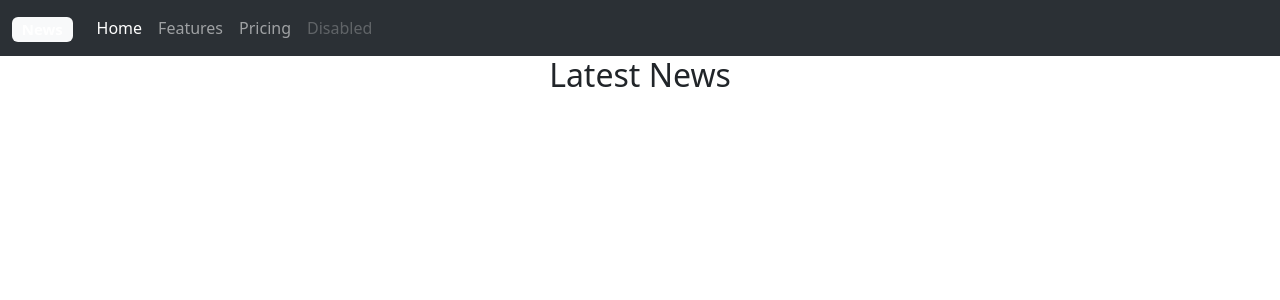
Repository: sshaiv/News_app
Page: /
An editor plug-in stored every save of this project. The page is shown before and after a run of saves, followed by the edit.
The browser window is 1280 px wide. The pictures show the whole page.
The project was rebuilt for these pictures with package versions that can differ from the ones it lists, and the page was loaded fresh each time. Also part of the build but not shown: vite.config.js, src/index.css.

Above is the page before, as saved 2024-07-14 20:08:23.

After the next 3 saves:
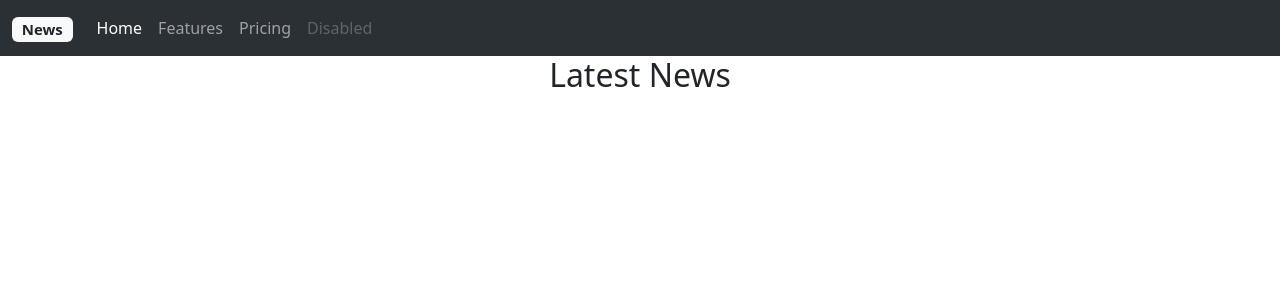
The 3 saves are shown as one change because they came seconds apart.
The last was saved 14 s later.
--- a/src/Components/Navbar.jsx
+++ b/src/Components/Navbar.jsx
@@ -5,7 +5,7 @@ const Navbar = () => {
     <div>
       <nav className="navbar navbar-expand-lg bg-body-tertiary" data-bs-theme="dark">
   <div className="container-fluid">
-    <a className="navbar-brand" href="#"> <span className="badge bg-light ">News</span> </a>
+    <a className="navbar-brand" href="#"> <span className="badge bg-light  text-dark">News</span> </a>
     <button className="navbar-toggler" type="button" data-bs-toggle="collapse" data-bs-target="#navbarNav" aria-controls="navbarNav" aria-expanded="false" aria-label="Toggle navigation">
       <span className="navbar-toggler-icon"></span>
     </button>
